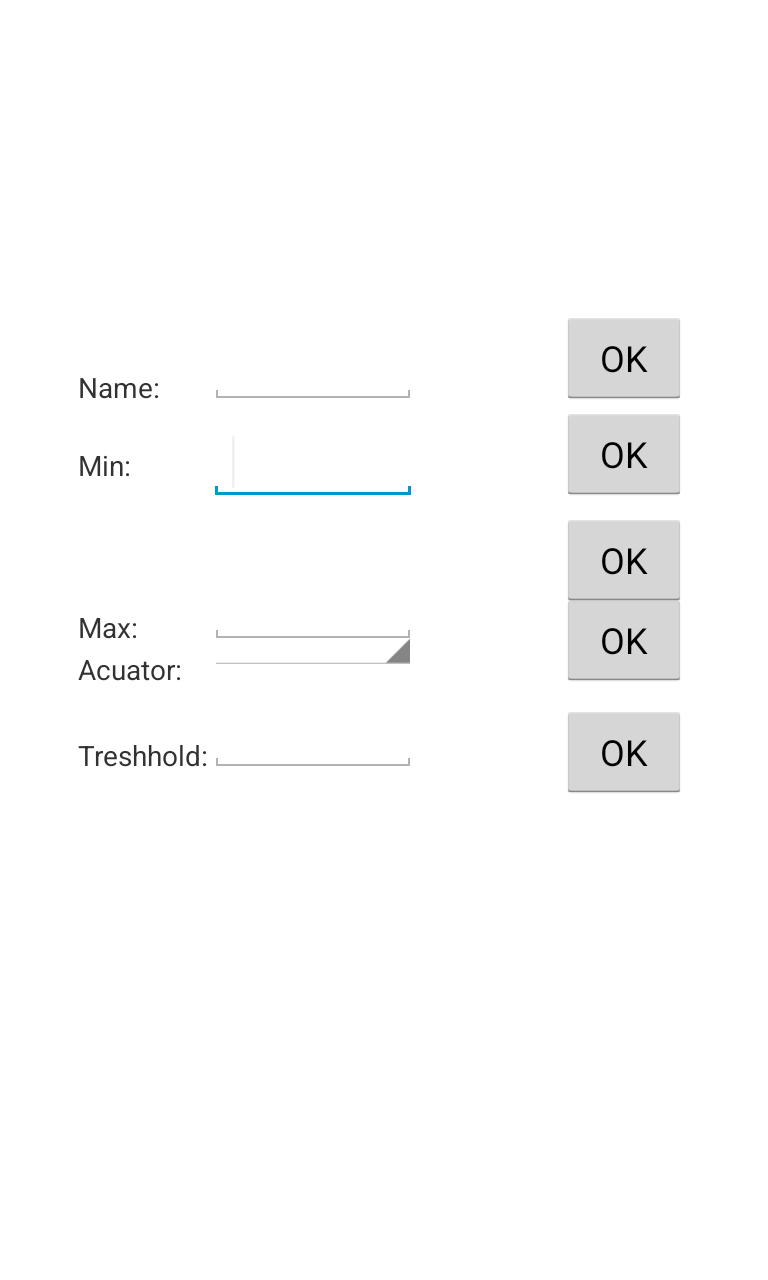
Repository: CTIS-SP-Team5/greenAgent
Layout: Android/GreenAgent/GreenAgent/res/layout/activity_view_setting.xml
These files come from the project's save history. The layout is drawn as it stood at one moment and after the next save; the edit follows.
It is drawn on a 768 x 1280 px phone screen (xhdpi) without system bars, with theme AppTheme; the app's code is not run.

Above is the layout before, as saved 2014-05-05 18:08:07.

After the next save:
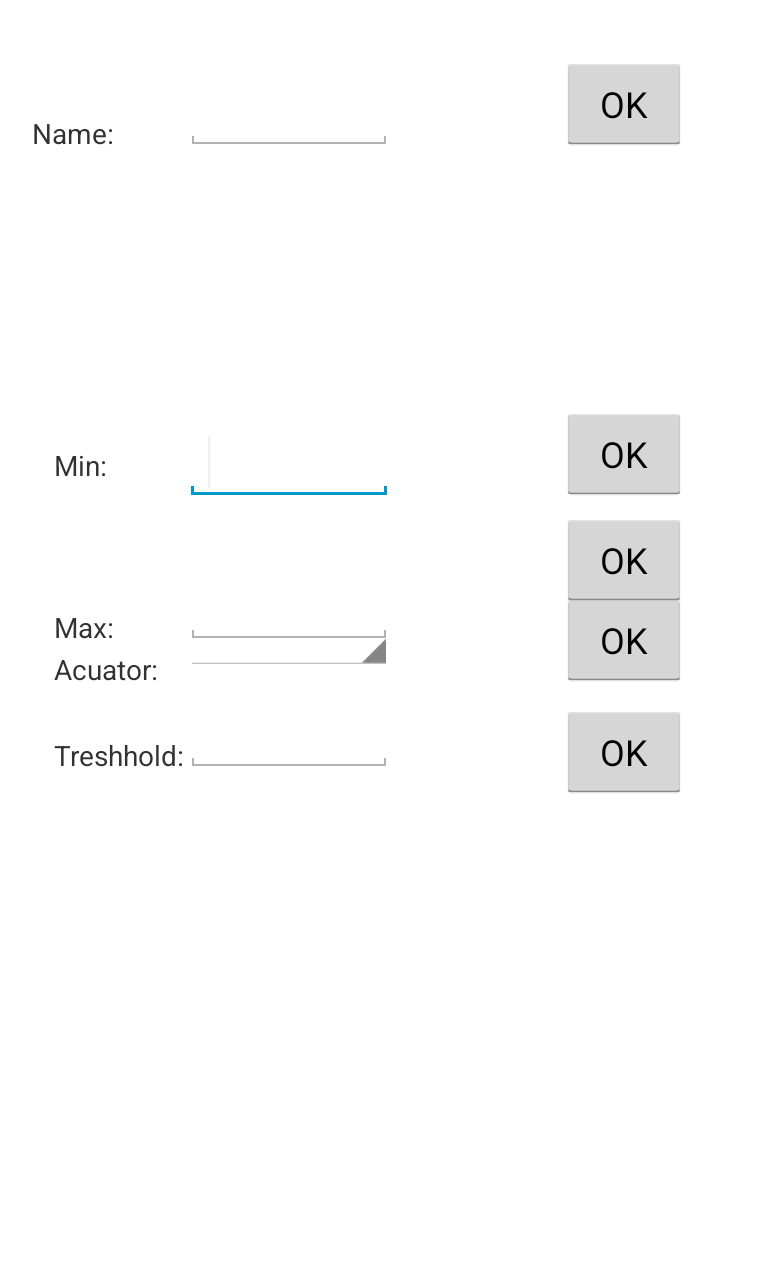
Saved 45 s later.
--- a/Android/GreenAgent/GreenAgent/res/layout/activity_view_setting.xml
+++ b/Android/GreenAgent/GreenAgent/res/layout/activity_view_setting.xml
@@ -7,6 +7,14 @@
     android:paddingRight="@dimen/activity_horizontal_margin"
     android:paddingTop="@dimen/activity_vertical_margin"
     tools:context=".ViewSettingActivity" >
+
+    <TextView
+        android:id="@+id/textView2"
+        android:layout_width="wrap_content"
+        android:layout_height="wrap_content"
+        android:layout_alignParentTop="true"
+        android:layout_marginTop="41dp"
+        android:text="Name:" />
 
     <EditText
         android:id="@+id/editText1"
@@ -103,6 +111,14 @@
         android:layout_alignLeft="@+id/textView3"
         android:text="Acuator:" />
 
+    <TextView
+        android:id="@+id/textView3"
+        android:layout_width="wrap_content"
+        android:layout_height="wrap_content"
+        android:layout_alignRight="@+id/textView2"
+        android:layout_below="@+id/button3"
+        android:text="Max:" />
+
     <Button
         android:id="@+id/button3"
         android:layout_width="wrap_content"
@@ -112,29 +128,13 @@
         android:text="OK" />
 
     <TextView
-        android:id="@+id/textView2"
-        android:layout_width="wrap_content"
-        android:layout_height="wrap_content"
-        android:layout_above="@+id/button2"
-        android:layout_alignParentLeft="true"
-        android:layout_marginLeft="23dp"
-        android:text="Name:" />
-
-    <TextView
         android:id="@+id/textView1"
         android:layout_width="wrap_content"
         android:layout_height="wrap_content"
         android:layout_above="@+id/button3"
-        android:layout_alignLeft="@+id/textView2"
+        android:layout_alignLeft="@+id/textView3"
+        android:layout_alignRight="@+id/textView2"
         android:layout_marginBottom="14dp"
         android:text="Min:" />
 
-    <TextView
-        android:id="@+id/textView3"
-        android:layout_width="wrap_content"
-        android:layout_height="wrap_content"
-        android:layout_alignLeft="@+id/textView1"
-        android:layout_alignTop="@+id/spinner1"
-        android:text="Max:" />
-
 </RelativeLayout>
